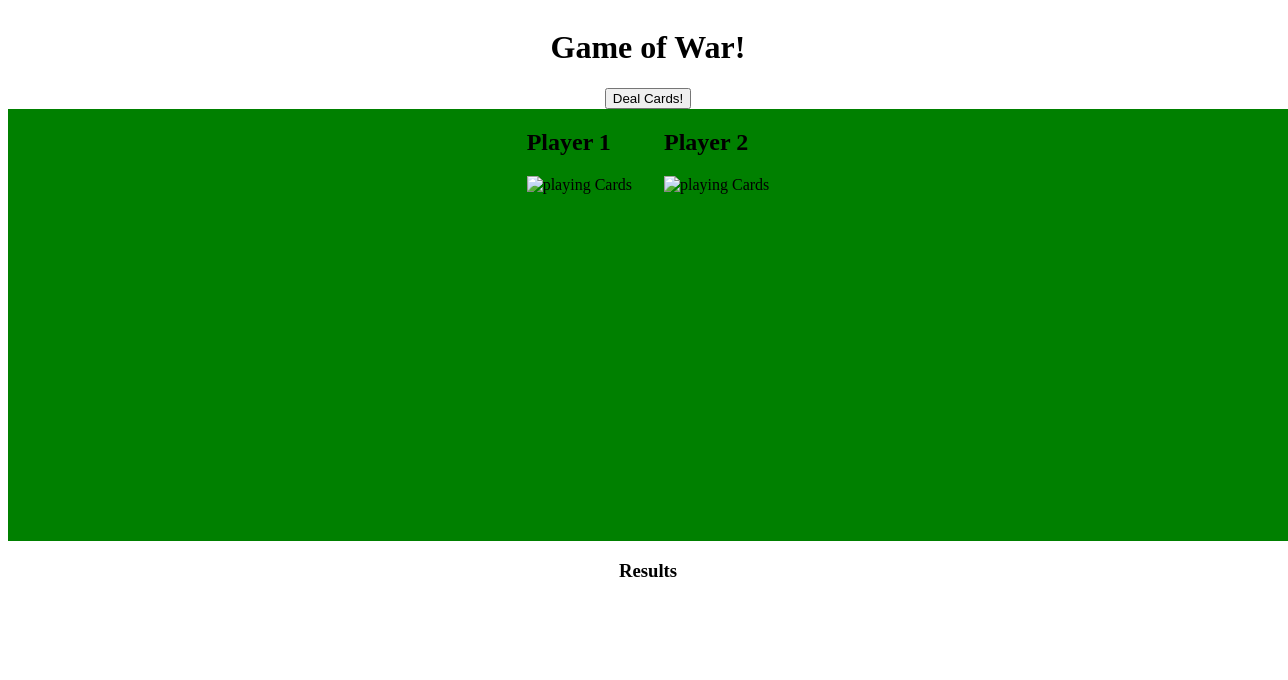
Repository: barroso2223/cakeByG
Page: index.html
An editor plug-in stored every save of this project. The page is shown before and after the next save, followed by the edit.
The browser window is 1280 px wide. The page is 1288 px wide, so the pictures cover 1288 px, including what lies to the right of the window. The pictures show the whole page.

Above is the page before, as saved 2024-10-11 15:21:16.

After the next save:
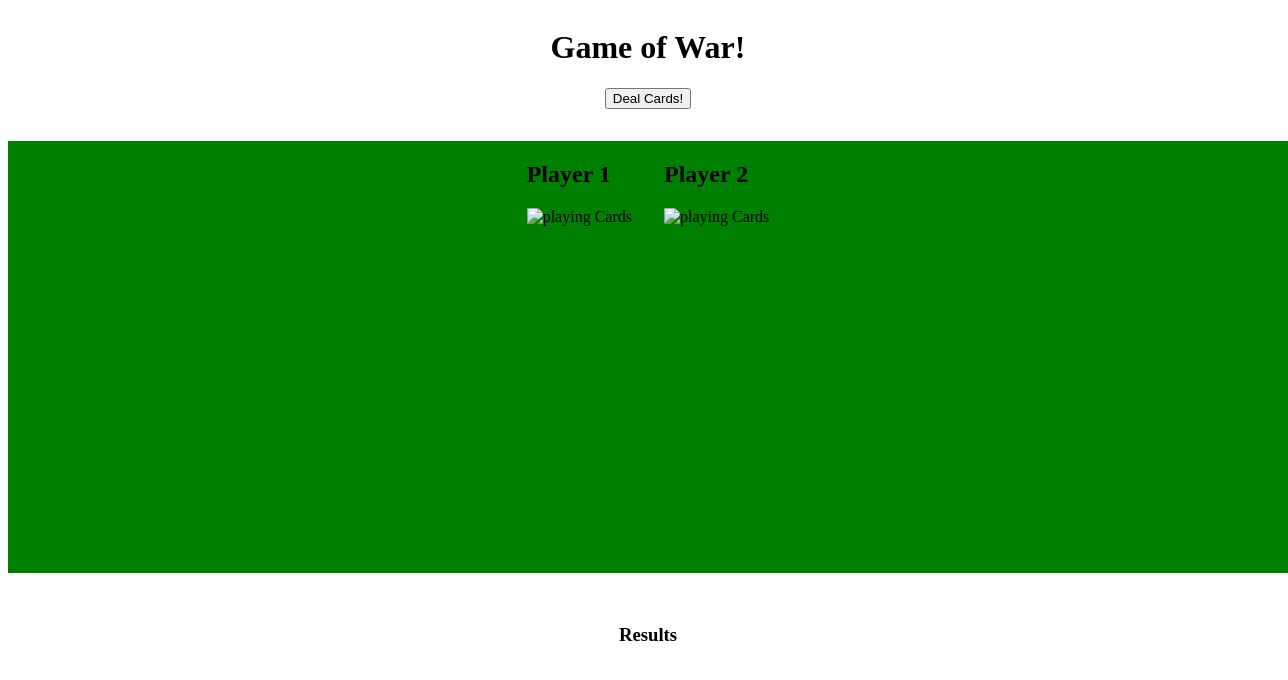
Saved 14 s later.
--- a/style.css
+++ b/style.css
@@ -11,6 +11,7 @@ body {
     width: 100dvw;
     height: 60dvh;
     gap: 2rem;
+    margin: 2rem auto;
 }
 
 .players {
